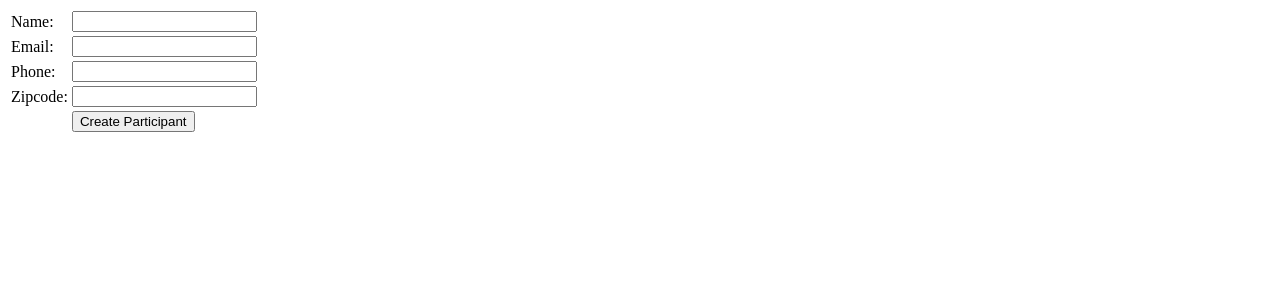
Repository: afan31/Event-Management-System
Page: http://localhost/eventManagmentSystem/createParticipant
An editor plug-in stored every save of this project. The page is shown before and after the next save, followed by the edit.
The browser window is 1280 px wide. The pictures show the whole page.
The page is served by Tomcat 9. Other server files are loaded and not shown.

Above is the page before, as saved 2016-11-19 04:46:50.

### eventManagmentSystem/WebContent/WEB-INF/jsps/createParticipant.jsp
<%@ page language="java" contentType="text/html; charset=UTF-8"
    pageEncoding="UTF-8"%>
<!DOCTYPE html PUBLIC "-//W3C//DTD HTML 4.01 Transitional//EN" "http://www.w3.org/TR/html4/loose.dtd">
<html>
<head>
<meta http-equiv="Content-Type" content="text/html; charset=UTF-8">
<title>Insert title here</title>
</head>
<body>

<form method="post" action="${pageContext.request.contextPath}/docreate">
<table>
	<tr>
		<td>Name: </td><td><input name="name" type="text"/></td>
	</tr>
	<tr>
		<td>Email: </td><td><input name="email" type="text"/></td>
	</tr>
	<tr>
		<td>Phone: </td><td><input name="phone" pattern="[0-9]{10}" type="text"/></td>
	</tr>
	<tr>
		<td>Zipcode: </td><td><input name="zipcode" type="text"/></td>
	</tr>
	<tr>
		<td> </td><td><input value="Create Participant" type="submit"/></td>
	</tr>
</table>
</form>
</body>
</html>

After the next save:
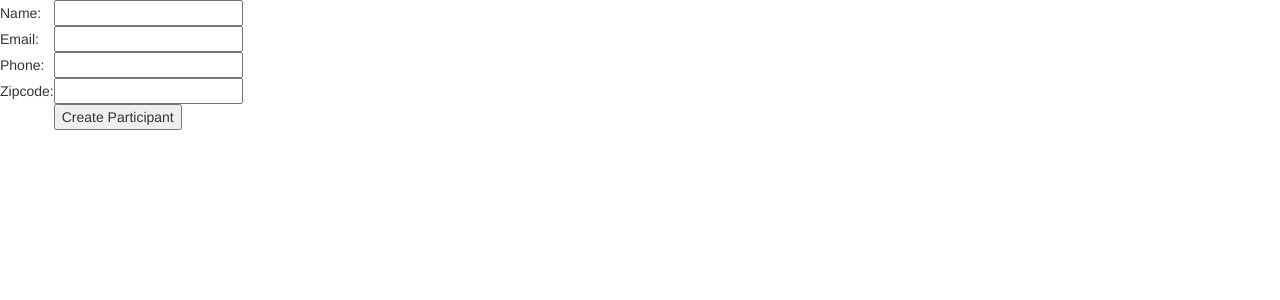
Console error (its wording comes from the project's code and is left out).
Saved 4 min 34 s later.
--- a/eventManagmentSystem/WebContent/WEB-INF/jsps/createParticipant.jsp
+++ b/eventManagmentSystem/WebContent/WEB-INF/jsps/createParticipant.jsp
@@ -4,6 +4,14 @@
 <html>
 <head>
 <meta http-equiv="Content-Type" content="text/html; charset=UTF-8">
+<!-- Latest compiled and minified CSS -->
+<link rel="stylesheet" href="https://maxcdn.bootstrapcdn.com/bootstrap/3.3.7/css/bootstrap.min.css" integrity="sha384-BVYiiSIFeK1dGmJRAkycuHAHRg32OmUcww7on3RYdg4Va+PmSTsz/K68vbdEjh4u" crossorigin="anonymous">
+
+<!-- Optional theme -->
+<link rel="stylesheet" href="https://maxcdn.bootstrapcdn.com/bootstrap/3.3.7/css/bootstrap-theme.min.css" integrity="sha384-rHyoN1iRsVXV4nD0JutlnGaslCJuC7uwjduW9SVrLvRYooPp2bWYgmgJQIXwl/Sp" crossorigin="anonymous">
+
+<!-- Latest compiled and minified JavaScript -->
+<script src="https://maxcdn.bootstrapcdn.com/bootstrap/3.3.7/js/bootstrap.min.js" integrity="sha384-Tc5IQib027qvyjSMfHjOMaLkfuWVxZxUPnCJA7l2mCWNIpG9mGCD8wGNIcPD7Txa" crossorigin="anonymous"></script>
 <title>Insert title here</title>
 </head>
 <body>
